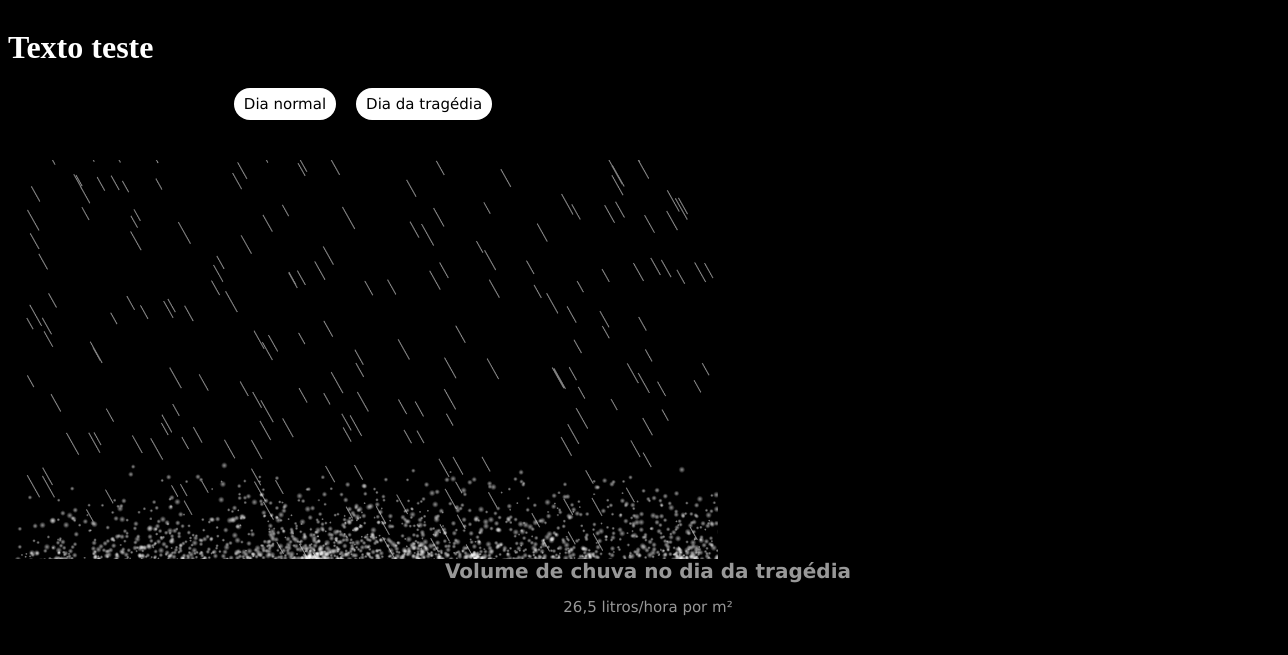
Repository: lucasthaynan/chuvas-estadao
Page: index.html
These files come from the project's save history. The page is drawn as it stood at one moment and after the next save; the edit follows.
The browser window is 1280 px wide. The page is 1288 px wide, so the pictures cover 1288 px, including what lies to the right of the window. The pictures show the whole page.

Above is the page before, as saved 2023-02-24 10:51:14.
Console error: ReferenceError: dat is not defined

After the next save:
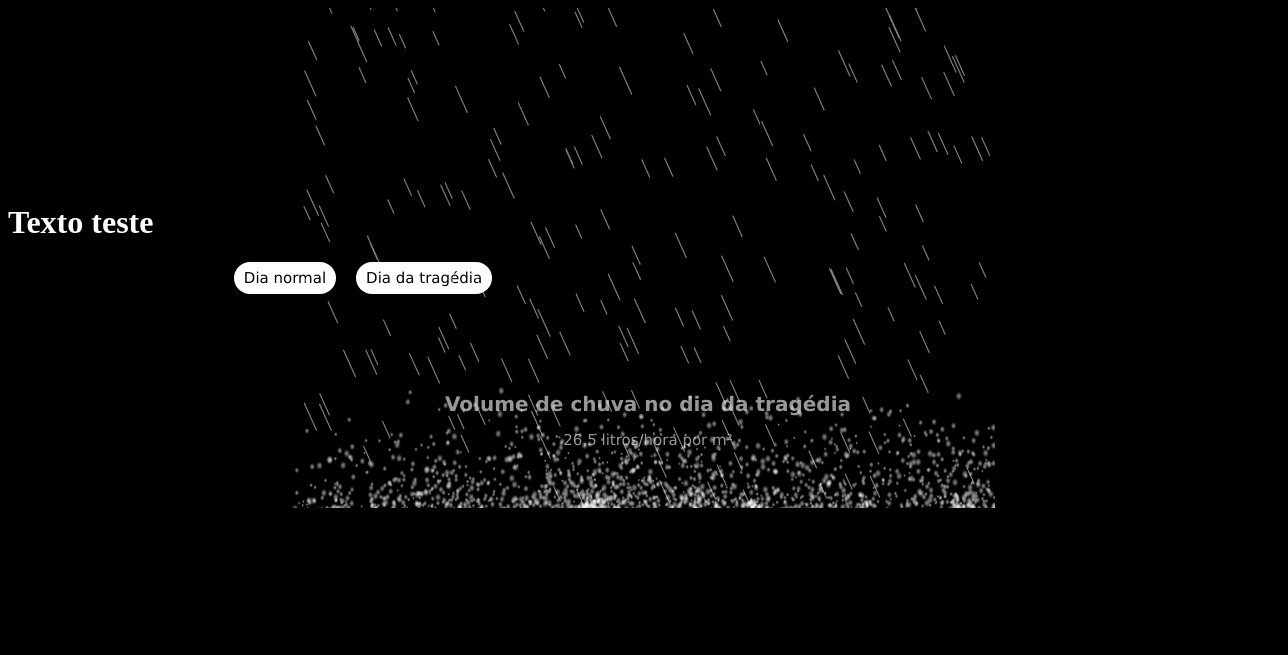
Saved 11 s later.
--- a/style.css
+++ b/style.css
@@ -21,7 +21,9 @@ body {
 canvas {
     width: 710px;
     height: 500px;
-    margin: 0 auto;
+    left: 50%;
+    position: absolute;
+    transform: translateX(-50%);
 
 }
 
